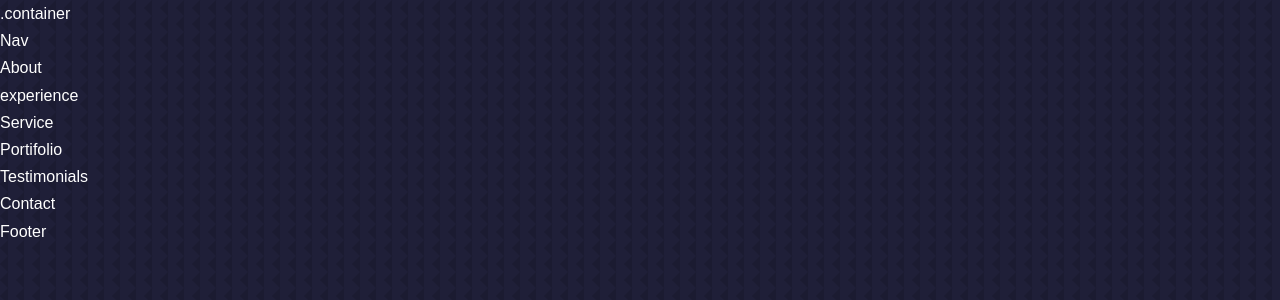
Repository: YuriSarmanho/Portifolio-
Page: / (app in portifolio/)
The author's editor kept a copy of each file at every save. The page is drawn from the files as they stood at one save, then again after the next save.
The browser window is 1280 px wide. The pictures show the whole page.
The project was rebuilt for these pictures with package versions that can differ from the ones it lists, and the page was loaded fresh each time. Also part of the build but not shown: portifolio/src/Components/Header/Header.css.

Above is the page before, as saved 2022-05-11 16:01:19.

### portifolio/public/index.html
<!DOCTYPE html>
<html lang="pt-br">
<head>
    <meta charset="UTF-8">
    <meta http-equiv="X-UA-Compatible" content="IE=edge">
    <meta name="viewport" content="width=device-width, initial-scale=1.0">
    <title>Yuri Sarmanho Monteiro</title>
</head>
<body>
    <div id="root"></div>
</body>
</html>

### portifolio/src/index.js
import ReactDOM from 'react-dom'
import App from './App'

ReactDOM.render(<App/>, document.querySelector("#root"))

### portifolio/src/App.jsx
import React from "react";
import './index.css'

import Header from "./Components/Header/Header";
import About from "./Components/About/About";
import Contact from "./Components/Contact/Contact";
import Experience from "./Components/Experience/Experience";
import Footer from "./Components/Footer/Footer";
import Nav from "./Components/Nav/Nav";
import Testimonials from "./Components/Testimonials/Testimonials";
import Service from "./Components/Service/Service";
import Portifolio from "./Components/Portifolio/Portifolio";



const App = () => {
  return (
    <>
      <Header />
      <Nav/>
      <About />
      <Experience/>
      <Service/>
      <Portifolio/>
      <Testimonials/>
      <Contact/>
      <Footer/>
    </>
  );
};

export default App;

### portifolio/src/index.css
* {
  margin: 0;
  padding: 0;
  border: 0;
  outline: 0;
  box-sizing: border-box;
  list-style: none;
  text-decoration: none;
}
:root {
  --color-bg: #1f1f38;
  --color-bg-variant: #2c2c6c;
  --color-primary: #4db5ff;
  --color-primary-variant: rgba(77, 181, 255, 0.4);
  --color-white: #fff;
  --color-light: rgba(255, 255, 255, 0.6);

  --transition: all 400ms ease;

  --container-width-lg: 75%;
  --container-width-md: 86%;
  --container-width-sm: 90%;
}
html {
  scroll-behavior: smooth;
}
::-webkit-scrollbar {
  display: none;
}

body {
  font-family: "Poppins", sans-serif;
  background-color: var(--color-bg);
  color: var(--color-white);
  line-height: 1.7;
  background-image: url(../src/assets/bg-texture.png);
}

.container {
  width: var(--container-width-lg);
  margin: 0 auto;
}

h1,
h2,
h3,
h4,
h5 {
  font-weight: 500;
}
h1 {
  font-size: 2.5rem;
}
section {
  margin-top: 8rem;
}
section > h2,
section > h5 {
  text-align: center;
  color: var(--color-ligth);
}

section > h2 {
  color: var(--color-primary);
  margin-bottom: 3rem;
}

.text-light {
  color: var(--color-light);
}
a {
  color: var(--color-primary);
  transition: var(--transition);
}
a:hover{
    color: var(--color-white);
}
.btn{
    width: max-content;
    display: inline-block;
    color: var(--color-primary);
    padding: 0.75rem 1.2rem;
    border-radius: 0.4rem;
    cursor: pointer;
    border: 1px solid var(--color-primary);
    transition: var(--transition);
}

.btn:hover{
    background-color: var(--color-white);
    color: var(--color-bg);
    border: transparent;
}

.btn-primary{
    background-color: var(--color-primary);
    width: 100%;
     object-fit: cover;
}

/*MEDIUM DEVICE*/
@media screen and (max-width:1024px){
    .container{
        width: var(--container-width-md);
    }
    section{
        margin-top: 6rem;
    }
}

/*SMALL DEVICE*/
@media screen and (max-width:600px){
    .container{
        width: var(--container-width-sm);
    }
    section > h2{
        margin-bottom: 2rem;
    }
}

### portifolio/src/Components/Header/Header.jsx
import React from 'react'
import './Header.css'
const header = () => {
  return (
    <header>
      .container
    </header>
  )
}

export default header

### portifolio/src/Components/Experience/Experience.jsx
import React from 'react'

const experience = () => {
  return (
    <div>experience</div>
  )
}

export default experience

### portifolio/src/Components/Portifolio/Portifolio.jsx
import React from 'react'

const Portifolio = () => {
  return (
    <div>Portifolio</div>
  )
}

export default Portifolio

Loaded but not shown: portifolio/src/Components/About/About.jsx (common file); portifolio/src/Components/Contact/Contact.jsx (common file); portifolio/src/Components/Footer/Footer.jsx (common file); portifolio/src/Components/Nav/Nav.jsx (common file); portifolio/src/Components/Testimonials/Testimonials.jsx (common file); portifolio/src/Components/Service/Service.jsx (common file); portifolio/src/Components/Header/Header.css (no copy from this time; the picture is the same without it)

After the next save:
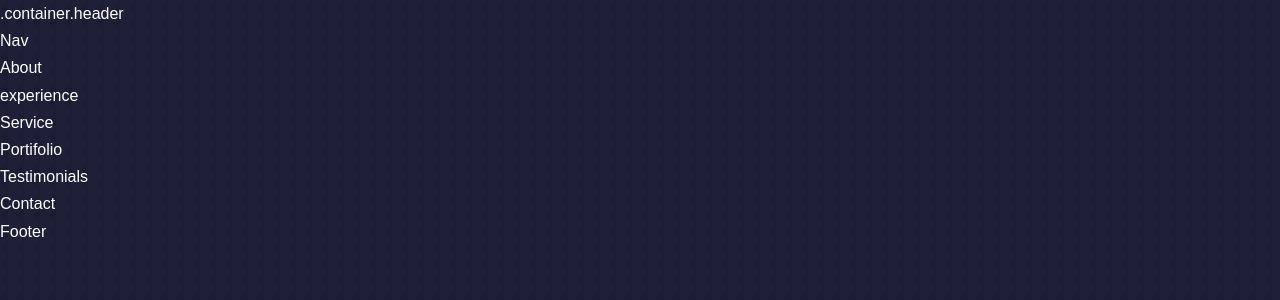
Saved 4 s later.
--- a/portifolio/src/Components/Header/Header.jsx
+++ b/portifolio/src/Components/Header/Header.jsx
@@ -3,7 +3,7 @@
 const header = () => {
   return (
     <header>
-      .container
+      .container.header
     </header>
   )
 }
